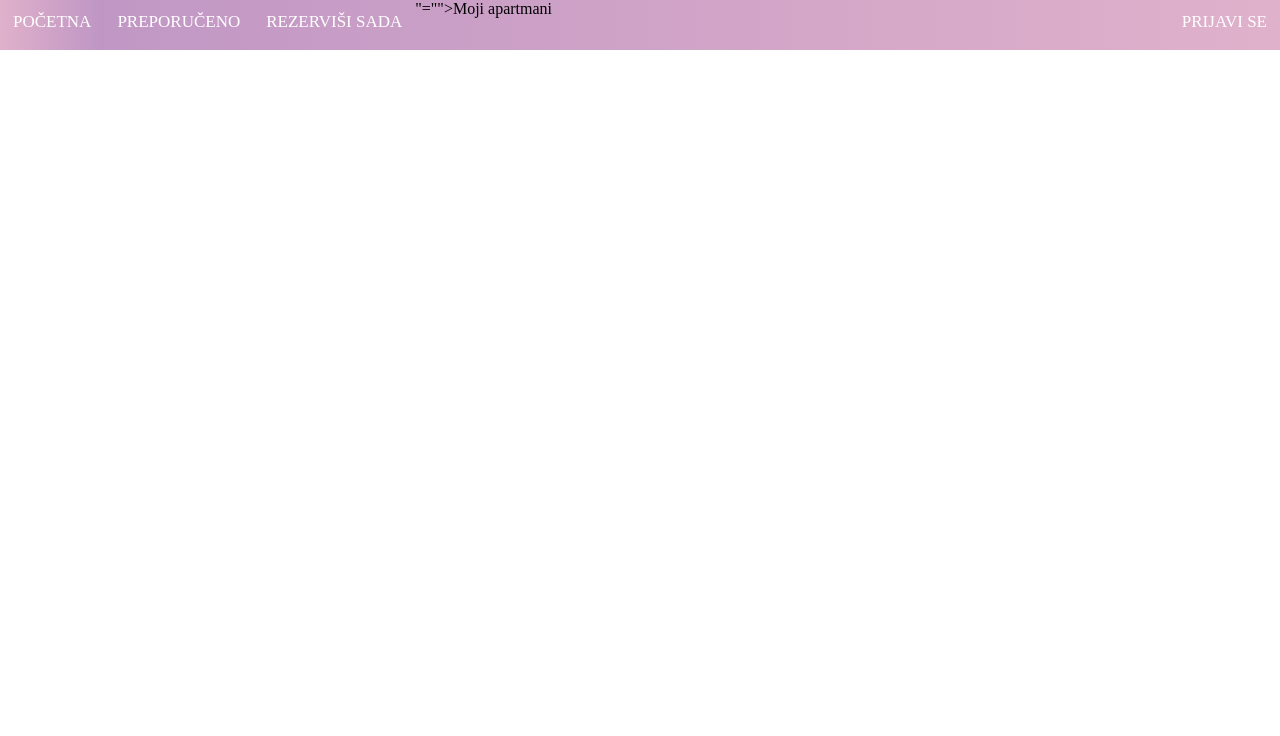
Repository: FTN-E2-materials/WEB
Page: BookingApp/static/index.html
An editor plug-in stored every save of this project. The page is shown before and after a run of saves, followed by the edit.
The browser window is 1280 px wide. The pictures show the whole page.
The page's requests for data from a server got no answer.

Above is the page before, as saved 2020-08-15 21:27:17.

### BookingApp/static/index.html
<!DOCTYPE html>
<html>
<head>
<link href="css/startpage.css" rel="stylesheet" />
<meta http-equiv="Content-Type" content="text/html; charset=UTF-8">

</head>

	<body>

		<div id = "webApp" class = "main-window">
			<div class = "navigation-area">
		    	<ul class = "nav navbar">
		        <li class = "menu"><a href="homepage.html">Početna</a></li>
		        <li class = "menu"><a href="">Preporučeno</a></li>
		        <li class = "menu"><a href="bookpage.html">Rezerviši sada</a></li>
		        <li class = "menu" v-bind:hidden = "mode != 'guest'"><a href="reservations.html" v-bind:hidden = "mode != 'guest'">Moje rezervacije</a></li>
		        <li class = "menu" v-bind:hidden = "mode != 'host'><a href="myapartments.html">Moji apartmani</a></li>
		        <li class = "menu" style="float:right" v-bind:hidden = "mode == 'notLogged'" v-on:click = "logOut"><a href="#/login">Prijavi se</a></li>
		        <li class = "menu" style="float:right" v-bind:hidden = "mode != 'notLogged'"><a href="#/login" >Odjavi se</a></li>
		        <li class = "menu" style="float:right" v-bind:hidden = "mode != 'notLogged'" ><a href="#/login">Profil</a></li>
	            </ul>
            </div>
			<router-view></router-view>
		</div>


		<script src="scripts/vue.js"></script>
		<script src="scripts/vue-router.js"></script>
		<script src="scripts/jquery.min.js"></script>
		<script src="scripts/axios.js"></script>
		<script src="scripts/toast.js"></script>
		<script src="js/app.js"></script>
		<script src="js/login.js"></script>
	</body>
</html>

### BookingApp/static/css/startpage.css


.bg-login {
    width: 100%;
    height: 100vh;
    display: flex;
    justify-content: center;
    align-items: center;
    background: -webkit-linear-gradient(left, #BE95C4, #E0B1CB);
    font-family: 'Segoe UI', Tahoma, Geneva, Verdana, sans-serif;
}

  .main-window {
    width: 100%;
    height: 100vh;
    display: flex;
    justify-content: center;
    align-items: center;
}
.navigation-area{
  width: 100%;
  position: fixed;
  top: 0;
  height: 50px;
  border-bottom: #fff;
  background: -webkit-linear-gradient(left, #BE95C4, #E0B1CB);
}

ul {
  list-style-type : none;
  margin : 0;
  padding : 0;
  width: 100%;
  height: 100%;
  overflow : hidden;
  background: -webkit-linear-gradient(left, #BE95C4, #E0B1CB);
}

li{
  float: left;
  height: 100%;
}

li a {

  display: block;
  color: white;
  height: 100%;
  text-align: center;
  padding: 12px 13px;
  text-decoration: none;
  font-size: 17px;
  text-transform: uppercase;
}

li a:hover {
  background: -webkit-linear-gradient(left, #E0B1CB, #BE95C4);
}

input, button{
    border: none;
    outline: none;
    background: none;
}

.page-login{
    overflow: hidden;
    position: relative;
    width: 900px;
    height: 600px;
    background: #fff;
    box-shadow: 0 19px 38px rgba(0, 0, 0, 0.30), 0 15px 12px rgba(0, 0, 0, 0.22);
}

.form{
    position: relative;
    width: 640px;
    height: 100%;
    padding: 50px 30px;
    -webkit-transition:-webkit-transform 1.2s ease-in-out;
    transition: -webkit-transform 1.2s ease-in-out;
    transition: transform 1.2s ease-in-out;
    transition: transform 1.2s ease-in-out, -webkit-transform 1.2s ease-in-out;
}

.login-h1{
    width: 100%;
    font-size: 30px;
    text-align: center;
    text-transform: uppercase;
}

.login-label{
    display: block;
    width: 260px;
    margin: 25px auto 0;
    text-align: center;
}

.login-label span{
    font-size: 14px;
    font-weight: 600;
    color: #5E548E;
    text-transform: uppercase;
}

.form-part {
  width: 1000px;
  height: fit-content;;
  opacity: 0.9;
  margin-bottom: 20px;
  margin-top: 70px;
  border-radius: 10px;
  align-content: center;
  background-color: #fff;
  box-shadow: 0 19px 40px rgba(0, 0, 0, 0.30), 0 15px 12px rgba(0, 0, 0, 0.22);
}

.login-p {
  color: white;
}
.login-input {
    display: block;
    width: 100%;
    margin-top: 5px;
    text-align: center;
    font-size: 16px;
    padding-bottom: 5px;
    border-bottom: 1px solid rgba(109, 93, 93, 0.4);
    text-align: center;
    font-family: 'Segoe UI', Tahoma, Geneva, Verdana, sans-serif;
}

button{
    display: block;
    margin: 0 auto;
    width: 260px;
    height: 40px;
    border-radius: 30px;
    color: #fff;
    font-size: 15px;
    cursor: pointer;
}

.submit{
    margin-top: 40px;
    margin-bottom: 30px;
    text-transform: uppercase;
    font-weight: 600;
    font-family: 'Segoe UI', Tahoma, Geneva, Verdana, sans-serif;
    background: -webkit-linear-gradient(left, #BE95C4, #E0B1CB);
}

.submit:hover{
    background: -webkit-linear-gradient(left, #E0B1CB, #BE95C4);
}

.sub-page{
    overflow: hidden;
    position: absolute;
    left: 640px;
    top: 0;
    width: 900px;
    height: 100%;
    padding-left: 260px;
    background: #fff;
    -webkit-transition: -webkit-transform 1.2s ease-in-out;
    transition: -webkit-transform 1.2s ease-in-out;
    transition: transform 1.2s ease-in-out;
}

.page-login.s-signup .sub-page{
    -webkit-transform:translate3d(-640px, 0, 0);
        transform:translate3d(-640px, 0, 0);
}

.bground{
    overflow: hidden;
    z-index: 2;
    position: absolute;
    left: 0;
    top: 0;
    width: 260px;
    height: 100%;
    padding-top: 360px;
}

.bground:before{
    content: '';
    position: absolute;
    right: 0;
    top: 0;
    width: 900px;
    height: 100%;
    background-image: url(../images/bora-bora-sunset.jpg);
    background-size: cover;
    transition: -webkit-transform 1.2s ease-in-out;
    transition: transform 1.2s ease-in-out, -webkit-transform 1.2s ease-in-out;
  }

  .bground:after{
    content: '';
    position: absolute;
    left: 0;
    top: 0;
    width: 100%;
    height: 100%;
    background: rgba(0,0,0,0.3);
  }

.page-login.s-signup .bground:before{
    -webkit-transform:translate3d(640px, 0, 0);
            transform:translate3d(640px, 0, 0);
  }


.bground-text{
    z-index: 2;
    position: absolute;
    left: 0;
    top: 50px;
    width: 100%;
    padding: 0 20px;
    text-align: center;
    color: #fff;
    -webkit-transition:-webkit-transform 1.2s ease-in-out;
    transition: -webkit-transform 1.2s ease-in-out;
    transition: transform 1.2s ease-in-out, -webkit-transform 1.2s ease-in-out;
  }

  .bground-text h1{
    margin-bottom: 10px;
    font-weight: normal;
  }

  .bground-text p{
    font-size: 14px;
    line-height: 1.5;
  }

  .page-login.s-signup .bground-text.m-up{
    -webkit-transform:translateX(520px);
            transform:translateX(520px);
  }

  .bground-text.m-in{
    -webkit-transform:translateX(-520px);
            transform:translateX(-520px);
  }

  .page-login.s-signup .bground-text.m-in{
    -webkit-transform:translateX(0);
            transform:translateX(0);
  }


  .sign-in{
    padding-top: 65px;
    -webkit-transition-timing-function:ease-out;
            transition-timing-function:ease-out;
  }

  .bground.s-signup .sign-in{
    -webkit-transition-timing-function:ease-in-out;
            transition-timing-function:ease-in-out;
    -webkit-transition-duration:1.2s;
            transition-duration:1.2s;
    -webkit-transform:translate3d(640px, 0, 0);
            transform:translate3d(640px, 0, 0);
  }

  .bground-btn{
    overflow: hidden;
    z-index: 2;
    position: relative;
    width: 150px;
    height: 40px;
    margin: 0 auto;
    background: transparent;
    color: #fff;
    text-transform: uppercase;
    font-size: 15px;
    cursor: pointer;
    text-align: center;
  }

  .bground-btn:after{
    content: '';
    z-index: 2;
    position: absolute;
    left: 0;
    top: 0;
    width: 100%;
    height: 100%;
    border: 2px solid #fff;
    border-radius: 30px;
  }

  .bground-btn span{
    position: absolute;
    left: 0;
    top: 0;
    display: -webkit-box;
    display: flex;
    -webkit-box-pack:center;
    justify-content: center;
    align-items: center;
    width: 100%;
    height: 100%;
    -webkit-transition:-webkit-transform 1.2s;
    transition: -webkit-transform 1.2s;
    transition: transform 1.2s;
    transition: transform 1.2s, -webkit-transform 1.2s;;
  }

  .bground-btn span.m-in{
    -webkit-transform:translateY(-72px);
            transform:translateY(-72px);
  }

  .page-login.s-signup .bground-btn span.m-in{
    -webkit-transform:translateY(0);
            transform:translateY(0);
  }

  .page-login.s-signup .bground-btn span.m-up{
    -webkit-transform:translateY(72px);
            transform:translateY(72px);
  }

  .sign-up{
    -webkit-transform:translate3d(-900px, 0, 0);
            transform:translate3d(-900px, 0, 0);
  }

  .page-login.s-signup .sign-up{
    -webkit-transform:translate3d(0, 0, 0);
            transform:translate3d(0, 0, 0);
  }

### BookingApp/static/js/app.js
const login = { template : '<login></login>' }
const profile_view = { template : '<profile-view></profile-view>' }
const change_pass = { template : '<change_pass></change_pass>' }
const edit_profile = { template : '<edit_profile ></edit_profile>' }
const apartments = { template : "<apartments></apartments>" }
const apartmentDetails = {template : "<apartment-details></apartment-details>"}
const users_preview = {template : "<users_preview></users_preview>"}
const searchApartment = { template : "<search-apartment></search-apartment>" }
const my_apartments= { template : "<my_apartments></my_apartments>" }
const add_apartment= { template : "<add_apartment></add_apartment>" }
const reservations = { template : "<reservations></reservations>" }
const amenities = { template : "<amenities></amenities>"}
const edit_apartment = { template : "<edit_apartment></edit_apartment>"}
const homepage = { template : "<homepage></homepage>" }
const add_nonWorkingDays={template:"<add_nonWorkingDays></add_nonWorkingDays>"}
const forbidden = { template: "<forbidden></forbidden>" }
const registerHost = { template: "<registerHost></registerHost>" }

const router = new VueRouter({
    mode : 'hash',
    base : '/apartments',
    routes : [
		{ path : "/apartments", component: apartments },
		{ path : '/login', component: login },
		{ path : '/profile-view', component: profile_view },
		{ path : '/change_pass', component: change_pass },
		{ path : '/edit_profile', component: edit_profile },
		{ path : "/details", component: apartmentDetails },
		{ path : "/users_preview", component: users_preview },
		{ path : "/search", component: searchApartment },
		{ path : "/my_apartments", component: my_apartments },
		{ path : "/add_apartment", component: add_apartment },
		{ path : "/reservations", component: reservations },
		{ path : "/amenities", component: amenities },
		{ path : "/edit_apartment", component: edit_apartment },
		{ path : "/add_nonWorkingDays", component: add_nonWorkingDays },
		{ path : "/forbidden", component: forbidden },
		{ path : "/registerHost", component: registerHost }
    ]
});

var app = new Vue({
    router: router,
    el: '#webApp',
    data: {
    	mode : 'plsWork',
    	user : {
    		username : "xxxxxxxxxxxxx"
    	}
    },
    mounted() {
    	axios
	    	.get('/user/seeIfLogged')
	    	.then(response => {
	    		if (response.data == null) {
	    			this.mode = 'notLogged';
	    		} else
	    		{
	    			if (response.data.role == "Guest") {
	    				this.mode = 'guest';
	    			} else if (response.data.role == "Host") {
		    			this.mode = 'host';
		    		} else if (response.data.role == "Administrator") {
		    			this.mode = 'admin';
		    		} else {
		    			this.mode = 'notLogged';
		    		}
	    			this.user = response.data;
	    		}
	    	})

	    	window.location.href = "#/apartments";
    },
    methods : {
    	logOut : function() {
    		axios
    			.get('/user/logout')
    			.then(response => {
    				this.mode = 'notLogged';
    				console.log(this.mode);
    				window.location.href = "#/login";
    			})

    	},
    	viewProfile : function() {

            window.location.href = "http://localhost:8088/#/profile-view?id=" + this.user.username;
    	},
    	getReservations : function() {
    		window.location.href = "http://localhost:8088/#/reservations?id=" + this.user.username;

    	},
    	canSeePreview : function() {
    		console.log(this.mode);
    		if (this.mode == 'host') {
    			return false;
    		} else if (this.mode == 'admin') {
    			return false;
    		} else {
    			return true;
    		}
    	}
    }
});

### BookingApp/static/js/login.js
 Vue.component("login", {

	data: function () {
		    return {
		    	logged : null,
		    	error:'',
		    	usernameLog: '',
		    	usernameRegister: '',
		    	passwordRegister: '',
		    	nameRegister: '',
				surnameRegister: '',
				genderRegister:'',
		    	passwordRepeat: '',
			    passwordLog:'',
				errorMessage:'',
				registrationError: '',
				roleRegister : ""
		    }
	},

    template: `
<div class = "bg-login">
<div class = "page-login">
    <div class = "form sign-in">
        <h2 class = "login-h1">Prijava</h2>
        <label class = "login-label">
            <span> Korisničko ime </span>
			<input class = "login-input" type="text" name = "username" v-on:change="signalChange" v-model="usernameLog">
        </label>
        <label class = "login-label">
            <span> Lozinka </span>
			<input class = "login-input" type="password" name="password" v-model="passwordLog" v-on:change="signalChange">
			<p style="color:red">{{errorMessage}}</p>
			<button class="submit-login" v-on:click="tryToLogin"> Prijavi se </button>
        </label>

    </div>


<div class="sub-page">
    <div class = "bground">
        <div class = "bground-text m-up">
            <h1 class = "login-h1">Nemate <br> nalog?</h1>
            <p class = "login-p">Registrujte se i <br> rezervišite sebi apartman!</p>
        </div>

        <div class="bground-text m-in">
            <h1 class = "login-h1" >Već imate nalog?</h1>
            <p class = "login-p">Ako već imate nalog, prijavite se i rezervišite sebi apartman!</p>
        </div>
        <div class="bground-btn"  v-on:click="slideToOther">
            <span class="m-up">Registrujte se</span>
            <span class="m-in">Prijavite se</span>
        </div>
</div>

<div class="form sign-up">
    <h1>Registracija</h1>
    <label class = "login-label">
        <span >Ime</span>
        <input class = "login-input" type="text" v-model="nameRegister"  name="name">
    </label>
    <label class = "login-label">
        <span>Prezime</span>
        <input class = "login-input" type="text" name="surname" v-model="surnameRegister">
    </label>
    <label class = "login-label" >
        <span>Korisničko ime</span>
        <input class = "login-input" type="text" name="username" v-model="usernameRegister">
    </label>
    <label class = "login-label">
        <span>Lozinka</span>
        <input class = "login-input" type="password" name="password" v-model="passwordRegister">
    </label>
    <label class = "login-label">
        <span>Ponovite lozinku</span>
        <input type="password" class = "login-input"  name="passwordRepeat" v-model="passwordRepeat">
	</label>
	<label class = "login-label">
	<span>Pol</span>

	<tr class="radio_button">
	<td>
	<input type="radio" id="male" name="gender" value="Musko" v-model="genderRegister" style="width:70px;">
	<span for="male" style="width:70px;">Muško</span>
	</td>
	<td>
	<input type="radio" id="female" name="gender" value="Zensko" v-model="genderRegister"  style="width:70px;">
	<span for="female"  style="width:70px;">Žensko</span>
	</td>
	<td>
	<input type="radio" id="other" name="gender" value="Ostalo" v-model="genderRegister"  style="width:70px;">
	<span for="other"  style="width:70px;">Ostalo</span>
	</td>
	</tr>
	</label>

	<label class = "login-label">
	<span>Uloga</span>

	<tr class="radio_button">
	<td>
	<input type="radio" id="guest" name="role" value="Guest" v-model="roleRegister" style="width:70px;">
	<span for="male" style="width:70px;">Gost</span>
	</td>
	<td>
	<input type="radio" id="host" name="role" value="Host" v-model="roleRegister"  style="width:70px;">
	<span for="female"  style="width:70px;">Domaćin</span>
	</td>
	</tr>
	</label>

	<p style="color:red">{{registrationError}}</p>
    <button type="button" class="submit-reg" v-on:click="registerUser">Registrujte se</button>
</div>

</div>
</div>
</div>
    `,

	mounted () {
       axios
        .get('/test')
        .then(response => {
        	if(response.data == null)
        		this.logged = false;
        	else
        		this.logged = true;
        })

    },
    methods : {
    	slideToOther : function() {
    		document.querySelector('.page-login').classList.toggle('s-signup');
    	},

    	tryToLogin : function() {

			if(this.usernameLog=='' || this.passwordLog=='')
			{
				this.errorMessage="Morate popuniti sva polja.";
			}
			else
			{

				let loginParameters = {
    				username : this.usernameLog,
    				password : this.passwordLog
    		};

    		axios
    			.post('/user/login', JSON.stringify(loginParameters))
    			.then(response => {
    				if (response.data == "") {
						this.errorMessage="Neispravno korisničko ime ili lozinka.";
					}
					else if (response.data == "Korisnik je blokiran") {
						this.errorMessage="Blokirani ste i ne možete da se prijavite.";
					}

					else {
    					window.location.href = "http://localhost:8088/";
    				}
				})
			}



    	},
    	registerUser : function() {
			let flag=true;

			if(this.nameRegister=="" || this.roleRegister == "" ||this.surnameRegister=="" ||this.usernameRegister=="" ||this.passwordRegister=="" || this.genderRegister=="")
			{
				registrationError="Morate popuniti sva polja u formi.";
				flag=false;
			}
			else if(this.passwordRegister!=this.passwordRepeat)
			{
				registrationError="Lozinke se ne slažu.";
				flag=false;
			}
			if(flag)
			{
				let genderReg;
				if (this.genderRegister == 'Musko') {
					genderReg = 'Male';
				} else if(this.genderRegister == 'Zensko'){
					genderReg = 'Female';
				} else {
					genderReg = 'Other';
				}
				let registrationParameters = {
    				name : this.nameRegister,
    				surname : this.surnameRegister,
    				username : this.usernameRegister,
    				password : this.passwordRegister,
    				role : this.roleRegister,
    				gender : genderReg
    		};

    		axios
    			.post('/user/register', JSON.stringify(registrationParameters))
    			.then(response => {
    				if (response.data == null) {
    					window.location.href = "#/login";
    				} else {
    					window.location.href = "http://localhost:8088/";
    				}
    			})
			}

		},

		signalChange : function()
		{
			this.errorMessage="";
		}
    }
});

Loaded but not shown: BookingApp/static/scripts/vue.js (library); BookingApp/static/scripts/jquery.min.js (library); BookingApp/static/scripts/toast.js (common file); BookingApp/static/scripts/vue-router.js (2922 lines, source omitted); BookingApp/static/scripts/axios.js (1660 lines, source omitted)

After the next 2 saves:
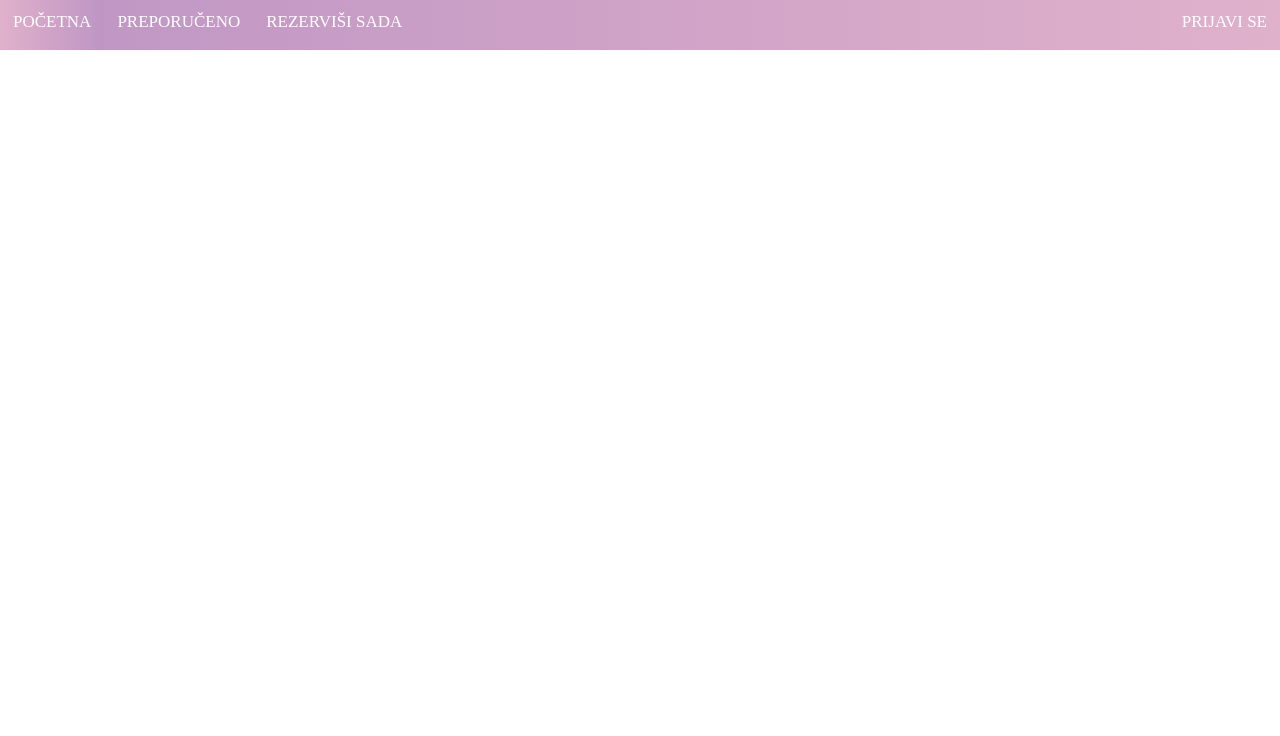
The 2 saves are shown as one change because they came seconds apart.
The last was saved 17 s later.
--- a/BookingApp/static/index.html
+++ b/BookingApp/static/index.html
@@ -15,7 +15,7 @@
 		        <li class = "menu"><a href="">Preporučeno</a></li>
 		        <li class = "menu"><a href="bookpage.html">Rezerviši sada</a></li>
 		        <li class = "menu" v-bind:hidden = "mode != 'guest'"><a href="reservations.html" v-bind:hidden = "mode != 'guest'">Moje rezervacije</a></li>
-		        <li class = "menu" v-bind:hidden = "mode != 'host'><a href="myapartments.html">Moji apartmani</a></li>
+		        <li class = "menu" v-bind:hidden = "mode != 'host'" ><a href="myapartments.html" v-bind:hidden = "mode != 'guest'">Moji apartmani</a></li>
 		        <li class = "menu" style="float:right" v-bind:hidden = "mode == 'notLogged'" v-on:click = "logOut"><a href="#/login">Prijavi se</a></li>
 		        <li class = "menu" style="float:right" v-bind:hidden = "mode != 'notLogged'"><a href="#/login" >Odjavi se</a></li>
 		        <li class = "menu" style="float:right" v-bind:hidden = "mode != 'notLogged'" ><a href="#/login">Profil</a></li>
